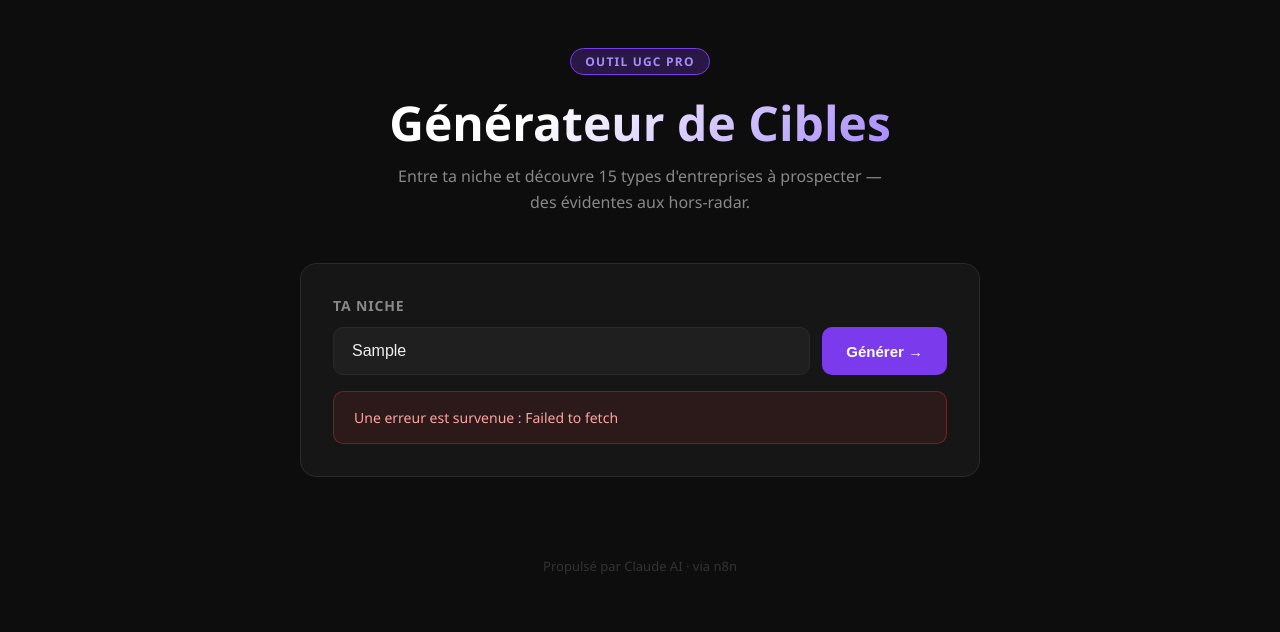
Repository: lucasDVP1234/generateur_cible
Page: index.html
The author's editor kept a copy of each file at every save. The page is drawn from the files as they stood at one save, then again after the next save.
The browser window is 1280 px wide. The pictures show the whole page.
Empty fields were first filled with sample values (such as "Sample", 5 or name@example.com).
After loading, the first visible `#submit-btn` was clicked once.
The page's requests for data from a server got no answer.

Above is the page before, as saved 2026-03-13 11:01:00.

### index.html
<!DOCTYPE html>
<html lang="fr">
<head>
  <meta charset="UTF-8" />
  <meta name="viewport" content="width=device-width, initial-scale=1.0" />
  <title>Générateur de Cibles UGC</title>
  <script src="https://cdn.jsdelivr.net/npm/marked/marked.min.js"></script>
  <style>
    * {
      margin: 0;
      padding: 0;
      box-sizing: border-box;
    }

    :root {
      --bg: #0d0d0d;
      --surface: #161616;
      --surface2: #1f1f1f;
      --border: #2a2a2a;
      --accent: #7c3aed;
      --accent-hover: #6d28d9;
      --accent-glow: rgba(124, 58, 237, 0.25);
      --text: #f0f0f0;
      --muted: #888;
      --green: #22c55e;
      --yellow: #eab308;
      --red: #ef4444;
    }

    body {
      background: var(--bg);
      color: var(--text);
      font-family: 'Segoe UI', system-ui, -apple-system, sans-serif;
      min-height: 100vh;
      display: flex;
      flex-direction: column;
      align-items: center;
      padding: 48px 20px;
    }

    header {
      text-align: center;
      margin-bottom: 48px;
    }

    .badge {
      display: inline-block;
      background: var(--accent-glow);
      border: 1px solid var(--accent);
      color: #a78bfa;
      font-size: 12px;
      font-weight: 600;
      letter-spacing: 0.1em;
      text-transform: uppercase;
      padding: 4px 14px;
      border-radius: 999px;
      margin-bottom: 20px;
    }

    h1 {
      font-size: clamp(28px, 5vw, 48px);
      font-weight: 800;
      line-height: 1.15;
      margin-bottom: 14px;
      background: linear-gradient(135deg, #fff 30%, #a78bfa);
      -webkit-background-clip: text;
      -webkit-text-fill-color: transparent;
      background-clip: text;
    }

    header p {
      color: var(--muted);
      font-size: 16px;
      max-width: 500px;
      margin: 0 auto;
      line-height: 1.6;
    }

    .card {
      background: var(--surface);
      border: 1px solid var(--border);
      border-radius: 16px;
      padding: 32px;
      width: 100%;
      max-width: 680px;
      margin-bottom: 32px;
    }

    label {
      display: block;
      font-size: 14px;
      font-weight: 600;
      color: var(--muted);
      text-transform: uppercase;
      letter-spacing: 0.06em;
      margin-bottom: 12px;
    }

    .input-row {
      display: flex;
      gap: 12px;
    }

    input[type="text"] {
      flex: 1;
      background: var(--surface2);
      border: 1px solid var(--border);
      border-radius: 10px;
      padding: 14px 18px;
      font-size: 16px;
      color: var(--text);
      outline: none;
      transition: border-color 0.2s, box-shadow 0.2s;
    }

    input[type="text"]::placeholder {
      color: #444;
    }

    input[type="text"]:focus {
      border-color: var(--accent);
      box-shadow: 0 0 0 3px var(--accent-glow);
    }

    button {
      background: var(--accent);
      color: #fff;
      border: none;
      border-radius: 10px;
      padding: 14px 24px;
      font-size: 15px;
      font-weight: 700;
      cursor: pointer;
      white-space: nowrap;
      transition: background 0.2s, transform 0.1s, box-shadow 0.2s;
    }

    button:hover:not(:disabled) {
      background: var(--accent-hover);
      box-shadow: 0 0 20px var(--accent-glow);
    }

    button:active:not(:disabled) {
      transform: scale(0.98);
    }

    button:disabled {
      opacity: 0.5;
      cursor: not-allowed;
    }

    /* Loading */
    #loading {
      display: none;
      flex-direction: column;
      align-items: center;
      gap: 16px;
      padding: 40px;
      text-align: center;
    }

    .spinner {
      width: 44px;
      height: 44px;
      border: 3px solid var(--border);
      border-top-color: var(--accent);
      border-radius: 50%;
      animation: spin 0.8s linear infinite;
    }

    @keyframes spin {
      to { transform: rotate(360deg); }
    }

    #loading p {
      color: var(--muted);
      font-size: 15px;
    }

    /* Error */
    #error {
      display: none;
      background: rgba(239, 68, 68, 0.1);
      border: 1px solid rgba(239, 68, 68, 0.3);
      border-radius: 10px;
      padding: 16px 20px;
      color: #fca5a5;
      font-size: 14px;
      margin-top: 16px;
    }

    /* Result */
    #result-container {
      display: none;
      width: 100%;
      max-width: 680px;
    }

    .result-header {
      display: flex;
      align-items: center;
      justify-content: space-between;
      margin-bottom: 20px;
      gap: 12px;
      flex-wrap: wrap;
    }

    .result-title {
      font-size: 18px;
      font-weight: 700;
    }

    .niche-tag {
      background: var(--accent-glow);
      border: 1px solid var(--accent);
      color: #c4b5fd;
      font-size: 13px;
      font-weight: 600;
      padding: 4px 12px;
      border-radius: 999px;
    }

    #result-content {
      background: var(--surface);
      border: 1px solid var(--border);
      border-radius: 16px;
      padding: 32px;
      line-height: 1.75;
    }

    /* Markdown rendered styles */
    #result-content h2 {
      font-size: 18px;
      font-weight: 800;
      margin: 28px 0 16px;
      padding-bottom: 8px;
      border-bottom: 1px solid var(--border);
    }

    #result-content h2:first-child {
      margin-top: 0;
    }

    #result-content h2:has(+ *:not(h2)) {
      color: var(--text);
    }

    #result-content strong {
      color: #e2d9ff;
      font-weight: 700;
    }

    #result-content p {
      margin-bottom: 8px;
      color: #ccc;
      font-size: 15px;
    }

    #result-content hr {
      border: none;
      border-top: 1px solid var(--border);
      margin: 24px 0;
    }

    #result-content ul, #result-content ol {
      padding-left: 20px;
      margin-bottom: 12px;
    }

    #result-content li {
      color: #ccc;
      font-size: 15px;
      margin-bottom: 4px;
    }

    /* Section color indicators */
    #result-content h2:first-of-type {
      color: var(--green);
    }

    /* Reset button */
    #reset-btn {
      background: transparent;
      border: 1px solid var(--border);
      color: var(--muted);
      font-size: 13px;
      font-weight: 600;
      padding: 8px 16px;
      border-radius: 8px;
      margin-top: 20px;
      width: 100%;
    }

    #reset-btn:hover {
      border-color: var(--accent);
      color: #a78bfa;
      box-shadow: none;
      background: transparent;
    }

    footer {
      margin-top: 48px;
      color: #333;
      font-size: 13px;
      text-align: center;
    }
  </style>
</head>
<body>

  <header>
    <div class="badge">Outil UGC Pro</div>
    <h1>Générateur de Cibles</h1>
    <p>Entre ta niche et découvre 15 types d'entreprises à prospecter — des évidentes aux hors-radar.</p>
  </header>

  <div class="card" id="form-card">
    <label for="niche-input">Ta niche</label>
    <div class="input-row">
      <input
        type="text"
        id="niche-input"
        placeholder="Ex : Running, Cuisine végane, Fitness féminin…"
        autocomplete="off"
      />
      <button id="submit-btn" onclick="generate()">Générer →</button>
    </div>
    <div id="error"></div>

    <div id="loading">
      <div class="spinner"></div>
      <p>Claude analyse ta niche…<br/>Ça peut prendre 20 à 40 secondes.</p>
    </div>
  </div>

  <div id="result-container">
    <div class="result-header">
      <span class="result-title">15 cibles pour ta niche</span>
      <span class="niche-tag" id="niche-tag"></span>
    </div>
    <div id="result-content"></div>
    <button id="reset-btn" onclick="reset()">← Nouvelle recherche</button>
  </div>

  <footer>Propulsé par Claude AI · via n8n</footer>

  <script>
    // ⬇️ REMPLACE cette URL par ton webhook n8n
    const WEBHOOK_URL = "https://scale.app.n8n.cloud/webhook/generateur-cible-ugc";

    async function generate() {
      const input = document.getElementById("niche-input");
      const niche = input.value.trim();

      if (!niche) {
        showError("Merci d'entrer une niche avant de générer.");
        return;
      }

      if (WEBHOOK_URL === "VOTRE_URL_WEBHOOK_N8N_ICI") {
        showError("⚠️ Configure d'abord ton URL webhook n8n dans le fichier HTML (variable WEBHOOK_URL).");
        return;
      }

      setLoading(true);
      hideError();

      try {
        const response = await fetch(WEBHOOK_URL, {
          method: "POST",
          headers: { "Content-Type": "application/json" },
          body: JSON.stringify({ niche }),
        });

        if (!response.ok) {
          throw new Error(`Erreur serveur : ${response.status}`);
        }

        const data = await response.json();

        // Accepte { result: "..." } ou { output: "..." } ou directement une string
        const text =
          typeof data === "string"
            ? data
            : data.result || data.output || data.text || data.content || JSON.stringify(data);

        displayResult(niche, text);
      } catch (err) {
        showError("Une erreur est survenue : " + err.message);
      } finally {
        setLoading(false);
      }
    }

    function displayResult(niche, text) {
      document.getElementById("form-card").style.display = "none";
      document.getElementById("niche-tag").textContent = niche;
      document.getElementById("result-content").innerHTML = marked.parse(text);
      document.getElementById("result-container").style.display = "block";

      // Colorier les titres h2 selon leur position
      const h2s = document.querySelectorAll("#result-content h2");
      const colors = ["#22c55e", "#eab308", "#ef4444"];
      h2s.forEach((el, i) => {
        el.style.color = colors[i] || "inherit";
      });
    }

    function reset() {
      document.getElementById("form-card").style.display = "block";
      document.getElementById("result-container").style.display = "none";
      document.getElementById("niche-input").value = "";
      document.getElementById("niche-input").focus();
    }

    function setLoading(active) {
      const loading = document.getElementById("loading");
      const btn = document.getElementById("submit-btn");
      const input = document.getElementById("niche-input");
      loading.style.display = active ? "flex" : "none";
      btn.disabled = active;
      input.disabled = active;
      btn.textContent = active ? "En cours…" : "Générer →";
    }

    function showError(msg) {
      const el = document.getElementById("error");
      el.textContent = msg;
      el.style.display = "block";
    }

    function hideError() {
      document.getElementById("error").style.display = "none";
    }

    // Soumettre avec Entrée
    document.getElementById("niche-input").addEventListener("keydown", (e) => {
      if (e.key === "Enter") generate();
    });
  </script>

</body>
</html>

After the next save:
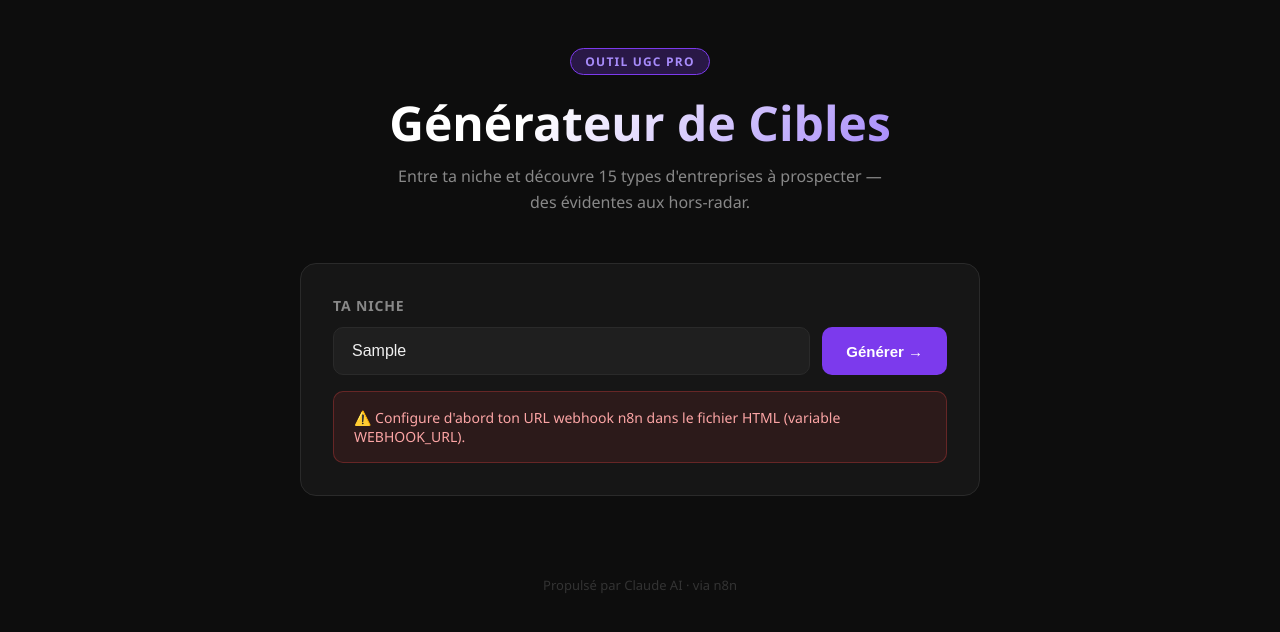
Saved 4 s later.
--- a/index.html
+++ b/index.html
@@ -357,7 +357,7 @@
         return;
       }
 
-      if (WEBHOOK_URL === "VOTRE_URL_WEBHOOK_N8N_ICI") {
+      if (WEBHOOK_URL === "https://scale.app.n8n.cloud/webhook/generateur-cible-ugc") {
         showError("⚠️ Configure d'abord ton URL webhook n8n dans le fichier HTML (variable WEBHOOK_URL).");
         return;
       }

After the save that followed:
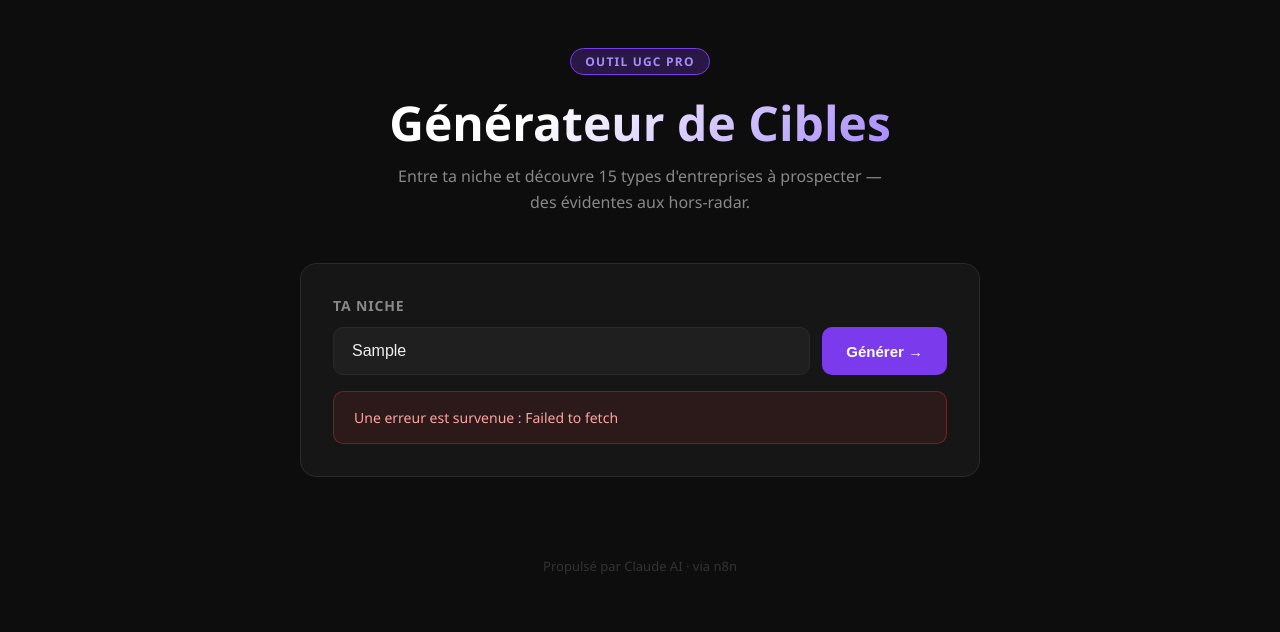
Saved 66 s later.
--- a/index.html
+++ b/index.html
@@ -357,7 +357,7 @@
         return;
       }
 
-      if (WEBHOOK_URL === "https://scale.app.n8n.cloud/webhook/generateur-cible-ugc") {
+      if (WEBHOOK_URL === "VOTRE_URL_WEBHOOK_N8N_ICI") {
         showError("⚠️ Configure d'abord ton URL webhook n8n dans le fichier HTML (variable WEBHOOK_URL).");
         return;
       }
